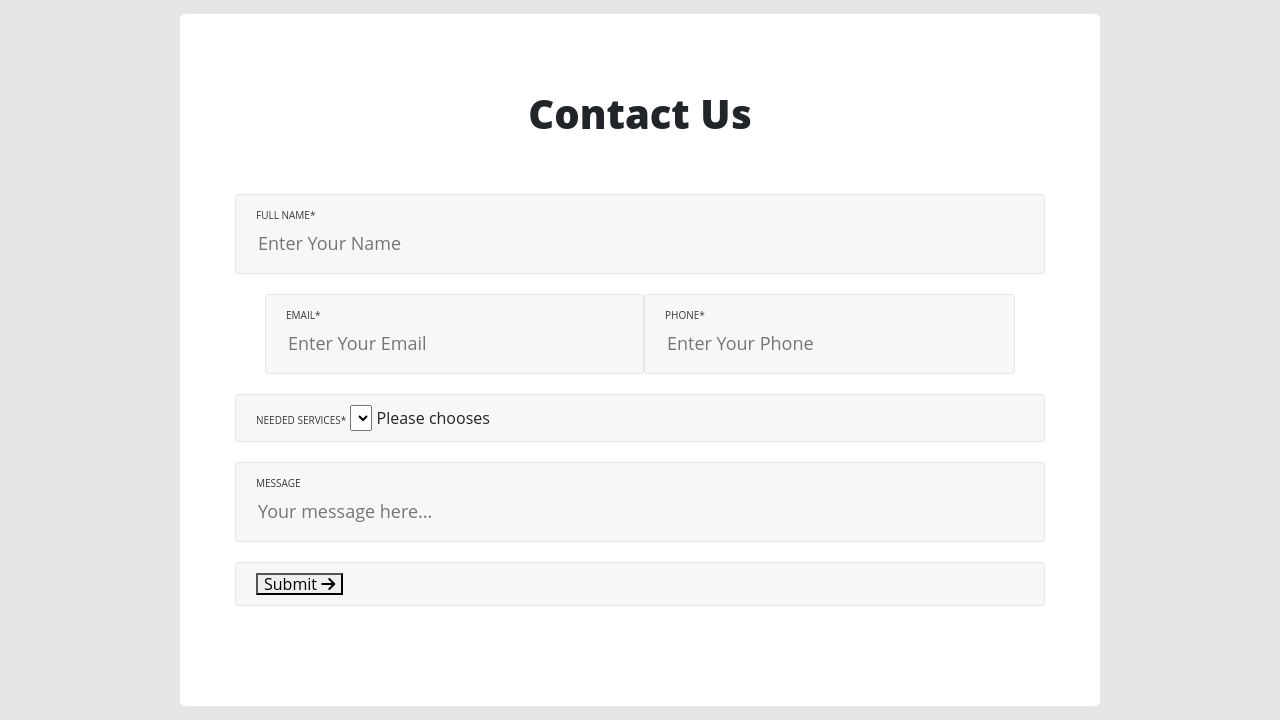
Repository: letrongtinh27/LapTrinhWeb
Page: form-contact/index.html
These files come from the project's save history. The page is drawn as it stood at one moment and after the next save; the edit follows.
The browser window is 1280 px wide. The pictures show the whole page.

Above is the page before, as saved 2022-10-09 12:05:52.

### form-contact/index.html
<!DOCTYPE html>
<html lang="en">
<head>
    <meta charset="UTF-8">
    <meta http-equiv="X-UA-Compatible" content="IE=edge">
    <meta name="viewport" content="width=device-width, initial-scale=1.0">
    <title>Form Contact Us</title>
    <link rel="stylesheet" href="https://cdn.jsdelivr.net/npm/bootstrap@4.3.1/dist/css/bootstrap.min.css" integrity="sha384-ggOyR0iXCbMQv3Xipma34MD+dH/1fQ784/j6cY/iJTQUOhcWr7x9JvoRxT2MZw1T" crossorigin="anonymous">
    <link rel="stylesheet" href="reset.css">
    <link rel="stylesheet" href="style.css">
    <link rel="stylesheet" href="https://cdnjs.cloudflare.com/ajax/libs/font-awesome/6.2.0/css/all.min.css" integrity="sha512-xh6O/CkQoPOWDdYTDqeRdPCVd1SpvCA9XXcUnZS2FmJNp1coAFzvtCN9BmamE+4aHK8yyUHUSCcJHgXloTyT2A==" crossorigin="anonymous" referrerpolicy="no-referrer" />
</head>
<body>
    <div class="contact">
        <h2 class="contact-title">Contact Us</h2>
        <form action="#" class="contact-form" autocomplete="off">
            <div class="form-group">
                <label for="">FULL NAME*</label>
                <input type="text" class="form-input" placeholder="Enter Your Name">
            </div>
            <div class="form-group-2">
            <div class="form-group  alpha ">
                <label for="">EMAIL*</label>
                <input type="email" class="form-input alpha" placeholder="Enter Your Email">
            </div>
            <div class="form-group alpha pr-3">
                <label for="">PHONE*</label>
                <input type="email" class="form-input" placeholder="Enter Your Phone">
            </div>
        </div>
            <div class="form-group">
                <label for="">NEEDED SERVICES*</label>
                <select name="service" id="">
                </select>
                <span>Please chooses</span>
            </div>
            <div class="form-group">
                <label for="">MESSAGE</label>
                <input type="text" class="form-input text-area" placeholder="Your message here...">
            </div>
            <div class="form-group">
                <button class="form-submit">Submit <i class="fa-solid fa-arrow-right"></i></button>
            </div>
        </form>
    </div>
    <script src="https://code.jquery.com/jquery-3.3.1.slim.min.js" integrity="sha384-q8i/X+965DzO0rT7abK41JStQIAqVgRVzpbzo5smXKp4YfRvH+8abtTE1Pi6jizo" crossorigin="anonymous"></script>
    <script src="https://cdn.jsdelivr.net/npm/popper.js@1.14.7/dist/umd/popper.min.js" integrity="sha384-UO2eT0CpHqdSJQ6hJty5KVphtPhzWj9WO1clHTMGa3JDZwrnQq4sF86dIHNDz0W1" crossorigin="anonymous"></script>
    <script src="https://cdn.jsdelivr.net/npm/bootstrap@4.3.1/dist/js/bootstrap.min.js" integrity="sha384-JjSmVgyd0p3pXB1rRibZUAYoIIy6OrQ6VrjIEaFf/nJGzIxFDsf4x0xIM+B07jRM" crossorigin="anonymous"></script>
</body>
</html>

### form-contact/style.css
body {
    font-family: 'Open Sans',sans-serif;
    width: 100%;
    height: 100vh;
    display: flex;
    align-items: center;
    justify-content: center;
    background: #e6e6e6;
}

.contact{
   width: 100%;
   max-width: 920px;
   background-color: #ffffff;
   border-radius: 5px;
   padding: 80px 55px;
}
.contact-title{
    font-size: 40px;
    text-align: center;
    padding-bottom: 60px;
    font-weight: 800;
}

.form-group{
    margin-bottom: 20px;
    width: 100%;
    border: 1px solid #e6e6e6;
    background-color: #f7f7f7;
    border-radius: 3px;
    padding: 10px 30px 10px 20px;
}

.form-group-2 {
    display: flex;
    justify-content: space-between;
}

.form-group-2 > .form-group:first-child{
    margin-left: 30px;
}

.form-group-2 > .form-group:last-child{
    margin-right: 30px;
}
 .alpha {
    width: calc((100%-30px)/2);
}
.form-input{
    font-family: 'Open Sans',sans-serif;
    color: #555555;
    background-color: #f7f7f7;
    width: 100%;
    padding-right: 15px;
    line-height: 1.2;
    height: 40px;
    font-size: 18px;
    outline: none;
    border: 0;
}
label {
    color: #393939;
    font-size: 10px;
    line-height: 1.5;
}
.form-submit{

}
.fa-solid{

}
.fa-arrow-right{

}

Loaded but not shown: form-contact/reset.css (common file)

After the next save:
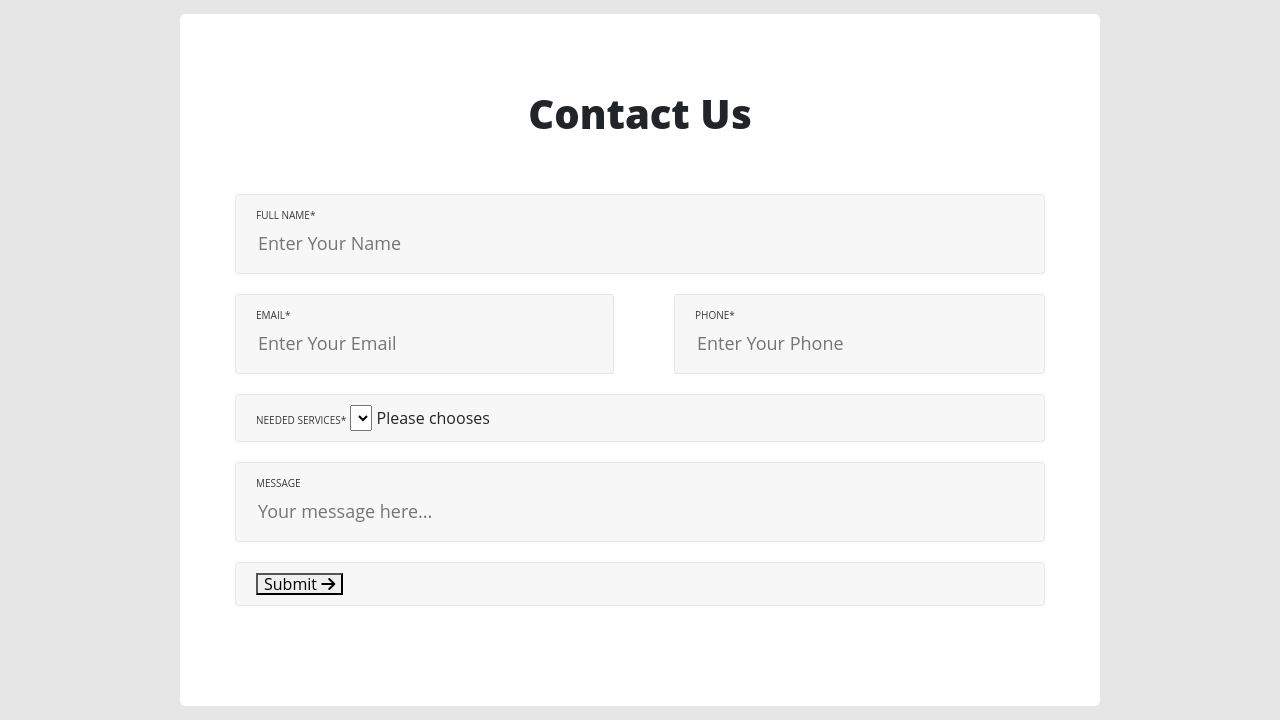
Saved 8 s later.
--- a/form-contact/style.css
+++ b/form-contact/style.css
@@ -37,11 +37,11 @@ body {
 }
 
 .form-group-2 > .form-group:first-child{
-    margin-left: 30px;
+    margin-right: 30px;
 }
 
 .form-group-2 > .form-group:last-child{
-    margin-right: 30px;
+    margin-left: 30px;
 }
  .alpha {
     width: calc((100%-30px)/2);
